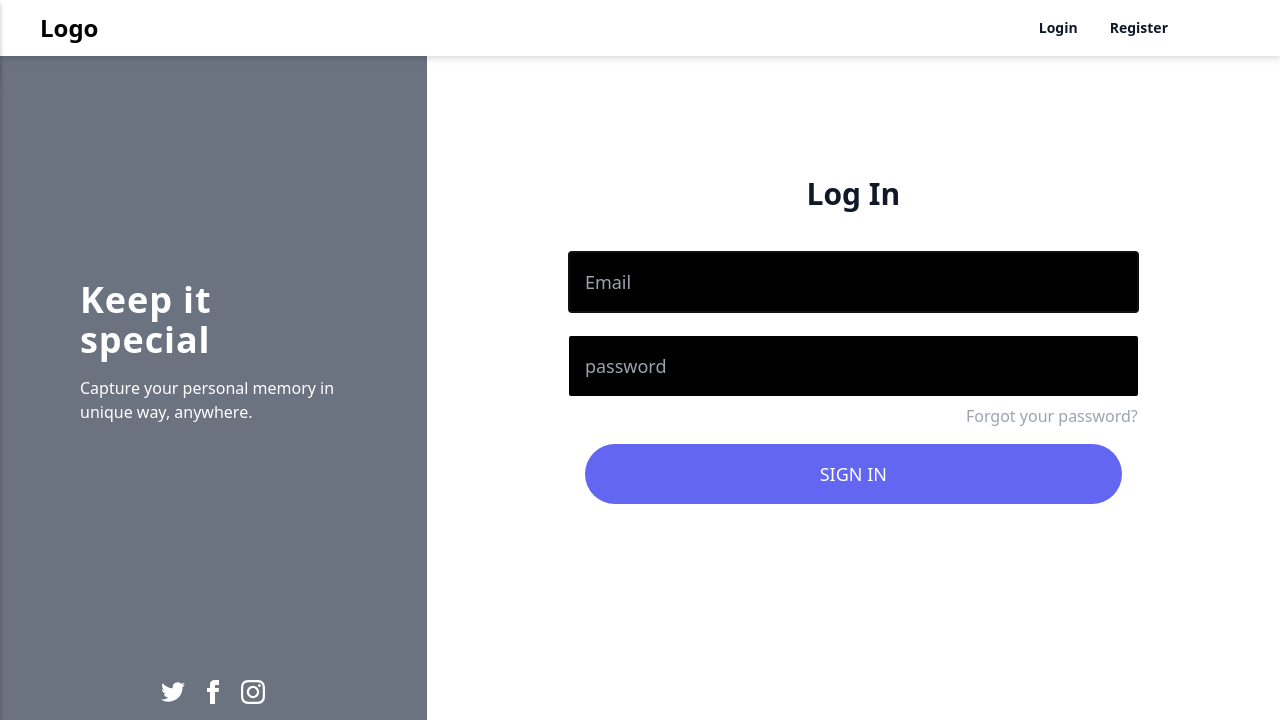
Repository: nation430/loginAuth-Nextjs
Page: /login
The author's editor kept a copy of each file at every save. The page is drawn from the files as they stood at one save, then again after a run of saves.
The browser window is 1280 px wide. The pictures show the whole page.
The project was rebuilt for these pictures with package versions that can differ from the ones it lists, and the page was loaded fresh each time. The framework's server and built-in components were replaced by stand-ins that run in the browser. Also part of the build but not shown: next.config.js.

Above is the page before, as saved 2022-06-23 14:33:42.

### pages/login.js
import { useState } from "react";
import { useRouter } from "next/router";
import { login as signIn } from "../lib/api";
import { setCookies } from "../lib/auth";
import { useForm } from "react-hook-form";

const Login = () => {
  const [email, setEmail] = useState("");
  const [password, setPassword] = useState("");
  const {
    register,
    handleSubmit,
    formState: { errors },
    trigger,
    watch,
  } = useForm();
  const router = useRouter();

  const onSubmit = async () => {
    if (email == "" && password == "") {
      return false;
    }

    const res = await signIn({ email, password });
    if (res === undefined) {
      return false;
    }

    if (res.token) {
      setCookies(res);
      router.push("/todos");
      return true;
    }

    return false;
  };

  return (
    <section className="min-h-screen flex items-stretch text-white ">
      <div className="lg:flex w-1/2 bg-gray-500  relative items-center">
        <div className="w-full px-20 ">
          <h1 className="text-4xl font-bold text-left tracking-wide">
            Keep it special
          </h1>
          <p className="text-base my-4">
            Capture your personal memory in unique way, anywhere.
          </p>
        </div>
        <div className="bottom-0 absolute p-4 text-center right-0 left-0 flex justify-center space-x-4">
          <span>
            <svg
              fill="#fff"
              xmlns="http://www.w3.org/2000/svg"
              width="24"
              height="24"
              viewBox="0 0 24 24"
            >
              <path d="M24 4.557c-.883.392-1.832.656-2.828.775 1.017-.609 1.798-1.574 2.165-2.724-.951.564-2.005.974-3.127 1.195-.897-.957-2.178-1.555-3.594-1.555-3.179 0-5.515 2.966-4.797 6.045-4.091-.205-7.719-2.165-10.148-5.144-1.29 2.213-.669 5.108 1.523 6.574-.806-.026-1.566-.247-2.229-.616-.054 2.281 1.581 4.415 3.949 4.89-.693.188-1.452.232-2.224.084.626 1.956 2.444 3.379 4.6 3.419-2.07 1.623-4.678 2.348-7.29 2.04 2.179 1.397 4.768 2.212 7.548 2.212 9.142 0 14.307-7.721 13.995-14.646.962-.695 1.797-1.562 2.457-2.549z" />
            </svg>
          </span>
          <span>
            <svg
              fill="#fff"
              xmlns="http://www.w3.org/2000/svg"
              width="24"
              height="24"
              viewBox="0 0 24 24"
            >
              <path d="M9 8h-3v4h3v12h5v-12h3.642l.358-4h-4v-1.667c0-.955.192-1.333 1.115-1.333h2.885v-5h-3.808c-3.596 0-5.192 1.583-5.192 4.615v3.385z" />
            </svg>
          </span>
          <span>
            <svg
              fill="#fff"
              xmlns="http://www.w3.org/2000/svg"
              width="24"
              height="24"
              viewBox="0 0 24 24"
            >
              <path d="M12 2.163c3.204 0 3.584.012 4.85.07 3.252.148 4.771 1.691 4.919 4.919.058 1.265.069 1.645.069 4.849 0 3.205-.012 3.584-.069 4.849-.149 3.225-1.664 4.771-4.919 4.919-1.266.058-1.644.07-4.85.07-3.204 0-3.584-.012-4.849-.07-3.26-.149-4.771-1.699-4.919-4.92-.058-1.265-.07-1.644-.07-4.849 0-3.204.013-3.583.07-4.849.149-3.227 1.664-4.771 4.919-4.919 1.266-.057 1.645-.069 4.849-.069zm0-2.163c-3.259 0-3.667.014-4.947.072-4.358.2-6.78 2.618-6.98 6.98-.059 1.281-.073 1.689-.073 4.948 0 3.259.014 3.668.072 4.948.2 4.358 2.618 6.78 6.98 6.98 1.281.058 1.689.072 4.948.072 3.259 0 3.668-.014 4.948-.072 4.354-.2 6.782-2.618 6.979-6.98.059-1.28.073-1.689.073-4.948 0-3.259-.014-3.667-.072-4.947-.196-4.354-2.617-6.78-6.979-6.98-1.281-.059-1.69-.073-4.949-.073zm0 5.838c-3.403 0-6.162 2.759-6.162 6.162s2.759 6.163 6.162 6.163 6.162-2.759 6.162-6.163c0-3.403-2.759-6.162-6.162-6.162zm0 10.162c-2.209 0-4-1.79-4-4 0-2.209 1.791-4 4-4s4 1.791 4 4c0 2.21-1.791 4-4 4zm6.406-11.845c-.796 0-1.441.645-1.441 1.44s.645 1.44 1.441 1.44c.795 0 1.439-.645 1.439-1.44s-.644-1.44-1.439-1.44z" />
            </svg>
          </span>
        </div>
      </div>

      <div className="w-full py-6 z-20 mt-32">
        <div className="lg:flex justify-center py-6 text-3xl text-gray-900 font-semibold ">
          Log In
        </div>

        <form
          onSubmit={handleSubmit(onSubmit)}
          className="sm:w-2/3 w-full px-4 lg:px-0 mx-auto"
        >
          <div className="pb-2 pt-4">
            <input
              type="email"
              name="email"
              {...register("email", {
                required: "Email is Required",
                pattern: {
                  value: /^[A-Z0-9._%+-]+@[A-Z0-9.-]+\.[A-Z]{2,}$/i,
                  message: "Invalid email address",
                },
              })}
              onKeyUp={() => {
                trigger("email");
              }}
              placeholder="Email"
              className="block w-full p-4 text-lg rounded-sm bg-black"
              autoFocus
              // onChange={(e) => setEmail(e.target.value)}
            />
            {errors.email && (
              <p className="text-red-600">{errors.email.message}</p>
            )}
          </div>
          <div className="pb-2 pt-4">
            <input
              className="block w-full p-4 text-lg rounded-sm bg-black"
              type="password"
              name="confirm_password"
              {...register("password", {
                required: "password is Required",
                validate: (value) => {
                  console.log(watch("password"), value);
                  return (
                    value === watch("password") || "The passwords do not match"
                  );
                },
              })}
              onKeyUp={() => {
                trigger("password");
              }}
              placeholder="password"
              // onChange={(e) => setPassword(e.target.value)}
            />
            {errors.password && (
              <p className="text-red-600">{errors.password.message}</p>
            )}
          </div>
          <div className="text-right text-gray-400 hover:underline hover:text-gray-900">
            <a href="#">Forgot your password?</a>
          </div>
          <div className="px-4 pb-2 pt-4">
            <button
              type="button"
              className="uppercase block w-full p-4 text-lg rounded-full bg-indigo-500 hover:bg-indigo-600 focus:outline-none"
              // onClick={(e) => onSubmit()}
            >
              sign in
            </button>
          </div>
        </form>
      </div>
    </section>
  );
};

export default Login;

### components/Layout.js
import Meta from "./Meta";
import Nav from "./Nav";

const Layout = (props) => {
  return (
    <>
      <Meta />
      <Nav />
      <div>
        <main className="">{props.children}</main>
      </div>
    </>
  );
};

export default Layout;

### styles/globals.css
html,
body {
  padding: 0;
  margin: 0;

}

a {
  color: inherit;
  text-decoration: none;
}

* {
  box-sizing: border-box;
}
@tailwind base;
@tailwind components;
@tailwind utilities;


.bg-img{
position: absolute;
width: 1440px;
height: 736px;
left: 0px;
top: 111px;

background: rgba(0, 0, 0, 0.45);

}

.invalid {
  border:1px solid red !important;
 }

### lib/api.js
import axios from "axios";
import Cookies from "js-cookie";
import nextCookies from "next-cookies";

const getToken = (ctx) => {
  if (!ctx) return Cookies.get("_token");
  return nextCookies(ctx)?._token;
};

export const auth = (ctx) =>
  axios.create({
    baseURL: `https://playtodos.herokuapp.com/api/v1/`,
    timeout: 30000,
    headers: {
      Accept: "application/json",
      Authorization: `Bearer ${getToken(ctx)}`,
    },
  });

export const register = async (data) => {
  try {
    const res = await axios.post(
      "https://playtodos.herokuapp.com/api/v1/register",
      data
    );

    localStorage.setItem("token", res.data.token);

    return res.data;
    // const { user, token } = res.data;
    // console.log(user, token);
  } catch (error) {
    console.log(error);
  }

  // .then((item) => console.log(item));
};

export const login = async (data) => {
  return axios
    .post("https://playtodos.herokuapp.com/api/v1/login", data)
    .then((item) => item.data)
    .catch((e) => e.error);
};

export const todos = async (ctx) => {
  return auth(ctx)
    .get("/todos")
    .then((item) => item.data)
    .catch((e) => e.error);
};

### lib/auth.js
import Cookies from "js-cookie";
import nextCookies from "next-cookies";

export const setCookies = (data) => {
  Cookies.set("_token", data.token);
  Cookies.set("_user", data.user);
};

export const getToken = () => Cookies.get("_token");

export const hasToken = (cxt) => nextCookies(cxt)?._token;

export const Session = {
  destroy: () => Cookies.remove("_token"),
};

### components/Meta.js
import Head from "next/head";

const Meta = ({ title, keywords, description }) => {
  return (
    <Head>
      <meta
        name="viewport"
        content="width=device-width,
            initial-scale=1"
      />
      <meta name="keywords" content={keywords} />
      <meta name="description" content={description} />
      <meta charSet="utf-8" />
      <link rel="icon" href="/favicon.icon" />
      <title>{title}</title>
    </Head>
  );
};

Meta.defaultProps = {
  title: "todolist-app",
  keywords: "web development, programming",
  description: "todolist-app",
};
export default Meta;

### components/Nav.js
import Link from "next/link";
import { useState } from "react";

function NavLink({ to, children }) {
  return (
    <a href={to} className={`mx-4 `}>
      {children}
    </a>
  );
}

function MobileNav({ open, setOpen }) {
  return (
    <div
      className={`absolute top-0 left-0 h-screen w-screen
        bg-white transform ${open ? "-translate-x-0" : "-translate-x-full"}
        transition-transform duration-300 ease-in-out
        filter drop-shadow-md text-mycolor3-600 font-bold text-xl`}
    >
      <div className="flex items-center justify-center filter drop-shadow-md bg-white h-20">
        {""}
      </div>
      <div className="flex flex-col ml-4 text-base space-y-4">
        <Link
          className=" font-normal   "
          href="/login"
        >
          Login
        </Link>
        <Link
          className="font-normal "
          href="/register"

        >
          Register
        </Link>
      </div>
    </div>
  );
}

const Nav = () => {
  const [open, setOpen] = useState(false);
  return (
    <div className="w-full fixed top-0 animated z-40 justify-between ">
      <nav className="flex  filter drop-shadow-md bg-white sm:px-10  py-4 h-14 items-center">
        <MobileNav open={open} setOpen={setOpen} />
        <div className="w-6/12 flex items-center">
          <a className="text-2xl font-semibold " href="/">
            <p>Logo</p>
          </a>
        </div>
        <div className=" w-6/12 flex justify-end mr-14 items-center">
          <div
            className="z-50 flex relative w-8 h-8 flex-col justify-between items-center md:hidden"
            onClick={() => {
              setOpen(!open);
            }}
          >
            {/* hamburger button */}
            <span
              className={`h-1 w-full bg-black rounded-lg transform transition duration-300 ease-in-out ${
                open ? "rotate-45 translate-y-3.5" : ""
              }`}
            />
            <span
              className={`h-1 w-full bg-black rounded-lg transition-all duration-300 ease-in-out ${
                open ? "w-0" : "w-full"
              }`}
            />
            <span
              className={`h-1 w-full bg-black rounded-lg transform transition duration-300 ease-in-out ${
                open ? "-rotate-45 -translate-y-3.5" : ""
              }`}
            />
          </div>

          <div className="hidden md:flex text-gray-900  font-semibold text-sm">
            <NavLink to="/login">Login</NavLink>
            <NavLink to="/register">Register</NavLink>
          </div>
        </div>
      </nav>
    </div>
  );
};

export default Nav;

Loaded but not shown: pages/_app.js (common file); tailwind.config.js (common file)

After the next 2 saves:
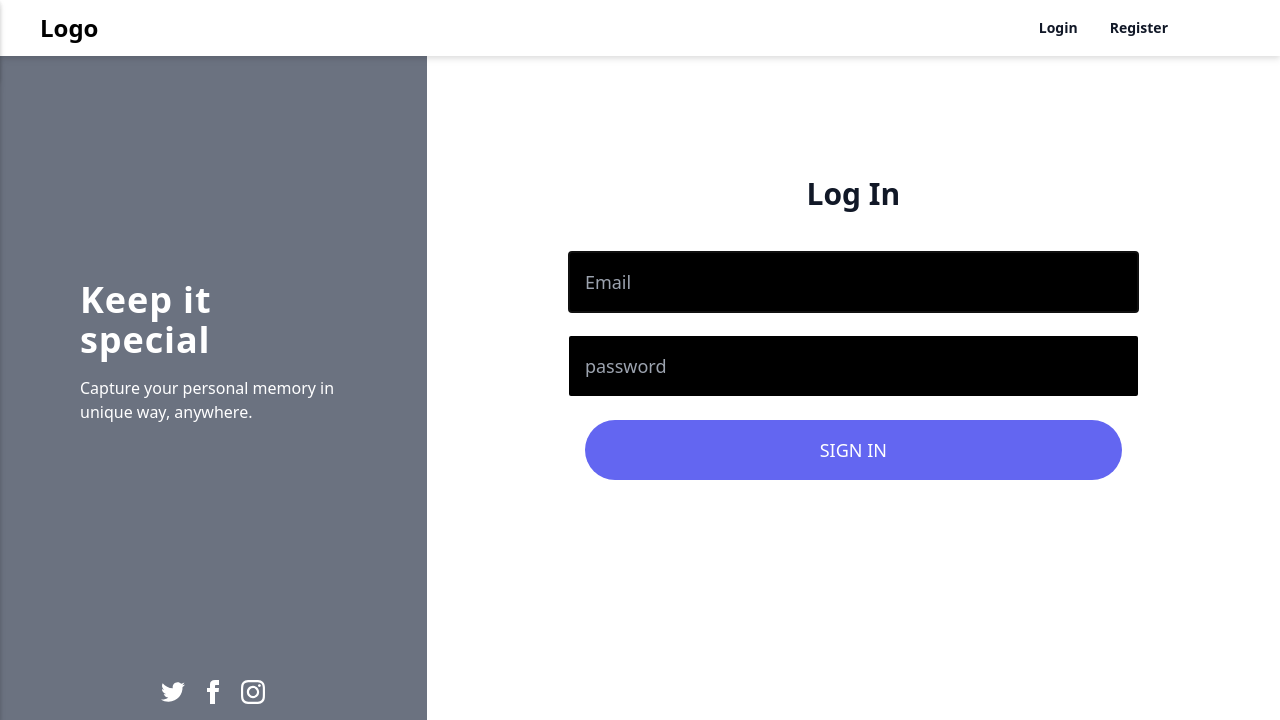
The 2 saves are shown as one change because they came seconds apart.
The last was saved 21 s later.
--- a/pages/login.js
+++ b/pages/login.js
@@ -139,9 +139,6 @@ const Login = () => {
               <p className="text-red-600">{errors.password.message}</p>
             )}
           </div>
-          <div className="text-right text-gray-400 hover:underline hover:text-gray-900">
-            <a href="#">Forgot your password?</a>
-          </div>
           <div className="px-4 pb-2 pt-4">
             <button
               type="button"
